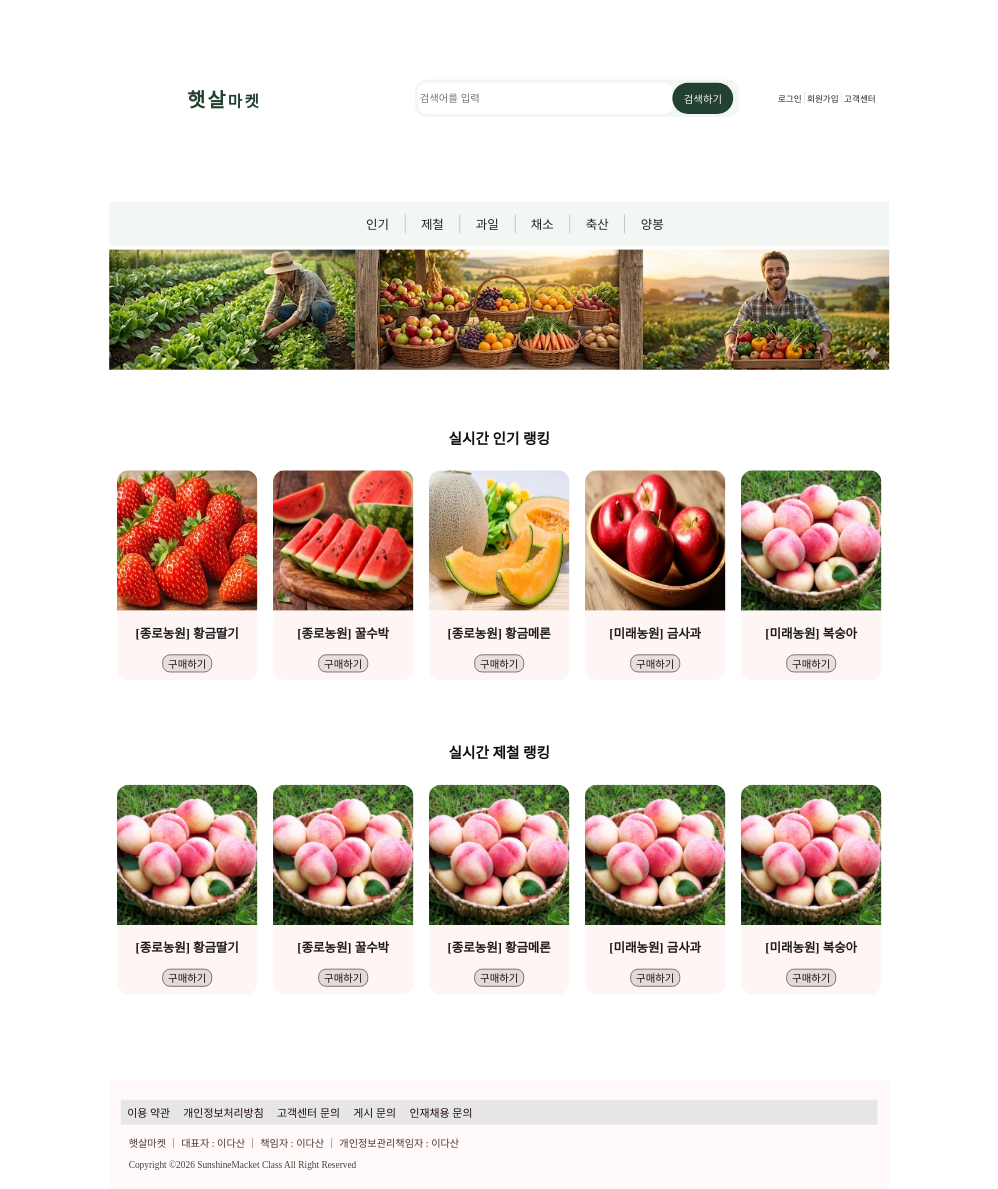
Repository: ham-zi/front-practice
Page: http://localhost/marketfresh/
An editor plug-in stored every save of this project. The page is shown before and after the next save, followed by the edit.
The browser window is 1280 px wide. The pictures show the whole page, at 78% of full size.
The page is served by Tomcat 9. Nobody is signed in. The application's start-up code is not run. Other server files are loaded and not shown.

Above is the page before, as saved 2026-05-08 00:26:46.

### MINI_WEB-workspace/marketfresh/src/main/webapp/index.jsp
<%@ page language="java" contentType="text/html; charset=UTF-8"
    pageEncoding="UTF-8"%>
<%@ taglib prefix="c" uri="http://java.sun.com/jsp/jstl/core" %>

<!DOCTYPE html>
<html lang="en">
<head>
    <meta charset="UTF-8">
    <meta name="viewport" content="width=, initial-scale=1.0">
    <title>화면 구조 잡기</title>

    <style>
        #wrap, header, nav, main, footer {
            box-sizing: border-box;


        }
        #wrap{
            width : 1000px;
            height :1200px;
;
            margin : auto;
            display : flex;
            flex-direction: column;
        }

        header {
            flex : 1.5;
            display : flex;
            margin-bottom: 15px;
        }
        nav {
            flex : 0.5;
        }
        main {
            flex : 12;
            display : flex;
            flex-direction: column;
        }

        main > div {
        }

        footer {
            flex : 2;
        }

        #header_1{
            flex : 2;
            align-items: center;
    		justify-content: center;
    		padding : 100px;
        }

        #header_2{
            flex : 6;
        }
        #header_3{
            flex : 2;
        }

        #content_1{
            flex : 2;
        }

        #content_2{
            flex : 2;
        }

        #content_3{
            flex : 2;
        }
    </style>

    <link rel="stylesheet" href="/market/resources/css/footer.css">
    <link rel="stylesheet" href="/market/resources/css/searchform.css">
    <link rel="stylesheet" href="/market/resources/css/logo.css">
    <link rel="stylesheet" href="/market/resources/css/headerutil.css">
    <link rel="stylesheet" href="/market/resources/css/navbar.css">
    <link rel="stylesheet" href="/market/resources/css/content1.css">
    <link rel="styleSheet" href="/market/resources/css/main2.css">
    <link rel="styleSheet" href="/market/resources/css/main3.css">


</head>
<body>

    <div id="wrap">
        <header>
            <div id="header_1">
                <a href="#" id="logo_1">햇살<span id="logo_2">마켓</span></a>
            </div>

            <div id="header_2">
                <form action="search" method="get" id="search_form">
                    <div id="search_text">
                        <input type="text" name="query" placeholder="검색어를 입력">
                    </div>
                    <div id="search_btn">
                        <button>검색하기</button>
                    </div>
                </form>
            </div>

            <div id="header_3">
                <div id="util">

                	<c:choose>
					    <c:when test="${empty userInfo}">
		                	<form method="post" action="http://www.localhost:8088/market/login_page.do">
		                    	<button type="submit">로그인</button>
		                	</form>
		                	<form method="post" action="http://www.localhost:8088/market/enroll.do">
		                    	<button type="submit">회원가입</button>
	           			    </form>
					    </c:when>
	           			<c:otherwise>
		                	<form method="post" action="">
		                    	<button type="submit">로그아웃</button>
		                	</form>
		                	<form method="post" action="">
		                    	<button type="submit">장바구니</button>
		                	</form>
	           			</c:otherwise>
                	</c:choose>
                	<form method="" action="">
                    	<button type="submit">고객센터</button>
                	</form>


                </div>
            </div>
        </header>

        <nav>
            <ul id="navbar">
                <li><a href="#">인기</a></li>
                <li><a href="#">제철</a></li>
                <li><a href="#">과일</a></li>
                <li><a href="#">채소</a></li>
                <li><a href="#">축산</a></li>
                <li><a href="#">양봉</a></li>
            </ul>
        </nav>

        <main>
            <div id="content_1">
                <img src="/market/resources/image_upfiles/main.jpg" alt="농산물 이미지">
            </div>
                    <h3 id="content2_title">실시간 인기 랭킹</h3>
            <div id="content_2">
                <div>
                    <img src="/market/resources/image_upfiles/strawberry.jpg" alt="딸기이미지">
                    <div>
                        <p>[종로농원] 황금딸기</p>
                        <button>구매하기</button>
                    </div>
                </div>
                <div>
                    <img src="/market/resources/image_upfiles/watermelon.jpg" alt="">
                    <div>
                        <p>[종로농원] 꿀수박</p>
                        <button>구매하기</button>
                    </div>
                </div>
                <div>
                    <img src="/market/resources/image_upfiles/melon.jpg" alt="">
                    <div>
                        <p>[종로농원] 황금메론</p>
                        <button>구매하기</button>
                    </div>
                </div>
                <div>
                    <img src="/market/resources/image_upfiles/apple.jpg" alt="">
                    <div>
                        <p>[미래농원] 금사과</p>
                        <button>구매하기</button>
                    </div>
                </div>
                <div>
                    <img src="/market/resources/image_upfiles/peach.jpg" alt="">
                    <div>
                        <p>[미래농원] 복숭아</p>
                        <button>구매하기</button>
                    </div>
                </div>
            </div>
                    <h3 id="content2_title">실시간 제철 랭킹</h3>
            <div id="content_3">
                <div>
                    <img src="/market/resources/image_upfiles/peach.jpg" alt="딸기이미지">
                    <div>
                        <p>[종로농원] 황금딸기</p>
                        <button>구매하기</button>
                    </div>
                </div>
                <div>
                    <img src="/market/resources/image_upfiles/peach.jpg" alt="">
                    <div>
                        <p>[종로농원] 꿀수박</p>
                        <button>구매하기</button>
                    </div>
                </div>
                <div>
                    <img src="/market/resources/image_upfiles/peach.jpg" alt="">
                    <div>
                        <p>[종로농원] 황금메론</p>
                        <button>구매하기</button>
                    </div>
                </div>
                <div>
                    <img src="/market/resources/image_upfiles/peach.jpg" alt="">
                    <div>
                        <p>[미래농원] 금사과</p>
                        <button>구매하기</button>
                    </div>
                </div>
                <div>
                    <img src="/market/resources/image_upfiles/peach.jpg" alt="">
                    <div>
                        <p>[미래농원] 복숭아</p>
                        <button>구매하기</button>
                    </div>
                </div>
            </div>
        </main>

        <div id="footer">
            <ul id="footer_ul">
                <li>
                    <a href="#">이용 약관</a>
                </li>
                <li>
                    <a href="#">개인정보처리방침</a>
                </li>
                <li>
                    <a href="#">고객센터 문의</a>
                </li>
                <li>
                    <a href="#">게시 문의</a>
                </li>
                <li>
                    <a href="#">인재채용 문의</a>
                </li>
            </ul>
            <div id="footer_p">
                <p id="p_1">
                    햇살마켓 ｜ 대표자 : 이다산 ｜ 책임자 : 이다산 ｜  개인정보관리책임자 : 이다산

                </p>
                <p id="p_2">
                    Copyright ©2026 SunshineMacket Class All Right Reserved

                </p>
            </div>
        </div>
    </div>

</body>
</html>

### MINI_WEB-workspace/marketfresh/src/main/webapp/resources/css/footer.css
#footer {
    padding : 10px 15px;
    background-color: rgb(255, 249, 249);
}

#footer_ul{
    display : flex;
    margin-top : 15px;
    margin-bottom : 10px;
    background-color: rgb(230, 230, 230);
    padding : 2px 0px;
}

#footer_ul>li {
    list-style: none;
                padding: 0px 10px;
    border-right: 1px solid rgb(235, 225, 225);
    padding : 4px;
}

#footer_ul>li:last-child {
    border-right: none;
}

#footer_ul>li>a {
    text-decoration: none;
    font-size : 14px;
    color : rgb(39, 14, 14);
    font-weight : 400p;
    padding : 4px 4px;
    &:hover{
        color :black;
        font-weight : 500;
    }
}

#footer_p {
    padding-left : 10px;

}

#p_1{
    font-size : 13px;
    color : rgb(75, 55, 55);
    padding-top : 12;
}

#p_2{
    font-size : 12px;
    color :rgb(73, 63, 63)
}

### MINI_WEB-workspace/marketfresh/src/main/webapp/resources/css/searchform.css
#header_2{
    display : flex;
    align-items: center;
    justify-content: center;
}

#search_form{
    width : 85%;
    height : 40px;
    padding : 4px;
    border-radius: 15px;
    background-color: rgba(27, 94, 32, 0.05);
    display :flex;
}

#search_text{
    flex: 8;
}

#search_btn{
    flex: 2;
}

#search_text > input{
    width : 100%;
    height : 100%;
    border-radius: 10px;
    border : none;
    box-sizing: border-box;
    background-color: rgb(255, 255, 255);
    &:focus{
        outline: rgb(243, 243, 243);
    }
}

#search_btn > button {
    width: 95%;
    height: 100%;
    border-radius: 22px;
    border-style : none;
    background-image: none;
    background-color: rgb(35, 65, 48);
    color : rgb(243, 243, 243);
    &:hover {
        color: #fffefe;
        background-color: rgb(10, 29, 18);
        cursor:pointer;
    }
}

### MINI_WEB-workspace/marketfresh/src/main/webapp/resources/css/logo.css
#logo{
    display: flex;
    align-items: center;
    justify-content: center;
}

#logo_1{

    text-decoration: none;
    color: rgb(35, 65, 48);
    font-weight: 700;
    font-size : 25px;
    letter-spacing: 3px;
}

#logo_2{
    font-size : 20px;
}

### MINI_WEB-workspace/marketfresh/src/main/webapp/resources/css/headerutil.css
#header_3 {
    display : flex;
    align-items: center;
    justify-content: center;
}

#util {
		display : flex;
}

#util > form > button {
    background-color: white;
    color: rgb(34, 34, 34);
    border : none;
    outline: none;
    border-right : 1px solid rgb(221, 221, 221);
    text-decoration: none;
    padding : 0px 3px;
    font-size: 11px;
    &:hover {
        font-size: 13px;
        font-weight: 700;
    }
}

#util > form:last-child > button {
    border-right: none;
}

### MINI_WEB-workspace/marketfresh/src/main/webapp/resources/css/navbar.css
nav{
    background-color: rgba(27, 94, 32, 0.05);

}

nav > ul {
    display:flex;
    text-align: center;
    justify-content: center;
}

nav > ul > li {
    list-style: none;
    border-right : 1px solid rgb(187, 187, 187);
    padding : 0px 20px;
}

ul > :last-child {
    border-right : 0px;
}

nav > ul > li > a {
    text-decoration: none;
    color: rgb(34, 34, 34);

    &:hover{
        font-weight: 600;
        color :black
    }
}

### MINI_WEB-workspace/marketfresh/src/main/webapp/resources/css/content1.css
#content_1 > img {
  width: 100%;
  height: auto;
  padding-top: 5px;
  margin-bottom: 50px;
}

### MINI_WEB-workspace/marketfresh/src/main/webapp/resources/css/main2.css

#content2_title{
    text-align: center;
    color: rgb(17, 17, 17);
}

#content_2 {
    display: flex;
    margin-bottom: 50px;

}

#content_2>div {
    flex : 1px;
    margin : 10px;
    border-radius: 15px;
    display: flex;
    flex-direction: column;

}

#content_2>div>img{
    flex : 8;
    height : 40px;
    width: 100%;
    border-radius: 15px 15px 0px 0px;
    box-sizing: border-box;
}

#content_2>div {
    text-align: center;
}



#content_2>div>div{
    flex : 2;
    height: 100%;
    width : 100%;
    background-color: rgb(255, 245, 245);
    box-sizing: border-box;
    border-radius: 0px 0px 15px 15px;
    padding-bottom: 10px;
}

#content_2>div>div>p {
    color: rgb(27, 27, 27);
    text-align: center;
    font-weight: 600;
}

#content_2>div>div>button {
    border-radius: 10px;
    border : 1px solid rgb(85, 85, 85);
    color: rgb(22, 22, 22);
    background-color: rgba(206, 194, 194, 0.452);
}

### MINI_WEB-workspace/marketfresh/src/main/webapp/resources/css/main3.css
#content3_title{
    text-align: center;
    color: rgb(17, 17, 17);
}

#content_3 {
    display: flex;
    margin-bottom: 100px;

}

#content_3>div {
    flex : 1px;
    margin : 10px;
    border-radius: 15px;
    display: flex;
    flex-direction: column;

}

#content_3>div>img{
    flex : 8;
    height : 40px;
    width: 100%;
    border-radius: 15px 15px 0px 0px;
    box-sizing: border-box;
}

#content_3>div {
    text-align: center;
}



#content_3>div>div{
    flex : 2;
    height: 100%;
    width : 100%;
    background-color: rgb(255, 245, 245);
    box-sizing: border-box;
    border-radius: 0px 0px 15px 15px;
    padding-bottom: 10px;
}

#content_3>div>div>p {
    color: rgb(27, 27, 27);
    text-align: center;
    font-weight: 600;
}

#content_3>div>div>button {
    border-radius: 10px;
    border : 1px solid rgb(85, 85, 85);
    color: rgb(22, 22, 22);
    background-color: rgba(192, 181, 181, 0.452);
}

After the next save:
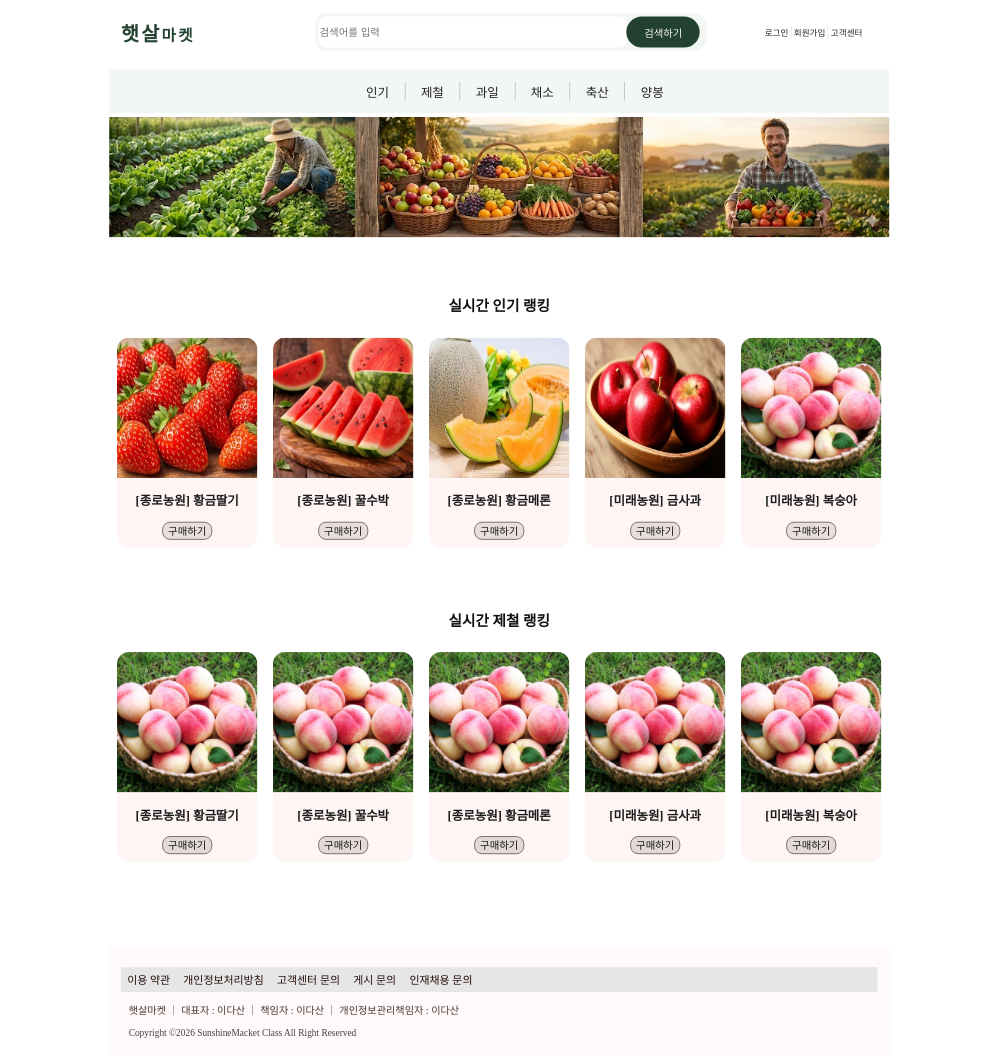
Saved 5 s later.
--- a/MINI_WEB-workspace/marketfresh/src/main/webapp/index.jsp
+++ b/MINI_WEB-workspace/marketfresh/src/main/webapp/index.jsp
@@ -49,7 +49,7 @@
             flex : 2;
             align-items: center;
     		justify-content: center;
-    		padding : 100px;
+    		padding : 15px;
         }
 
         #header_2{
